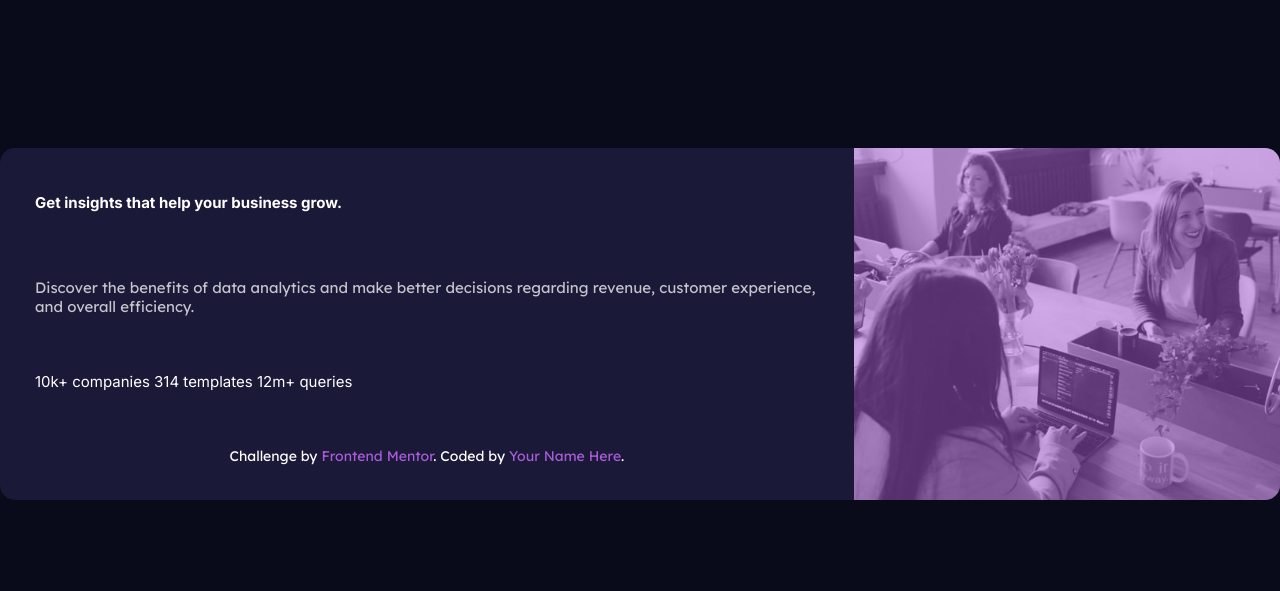
Repository: wasanmsn/Card_Challange
Page: index.html
An editor plug-in stored every save of this project. The page is shown before and after the next save, followed by the edit.
The browser window is 1280 px wide. The pictures show the whole page.

Above is the page before, as saved 2021-07-21 16:24:30.

### index.html
<!DOCTYPE html>
<html lang="en">

<head>
  <meta charset="UTF-8">
  <meta name="viewport" content="width=device-width, initial-scale=1.0">
  <!-- displays site properly based on user's device -->

  <link rel="icon" type="image/png" sizes="32x32" href="./images/favicon-32x32.png">
  <link rel="stylesheet" href="./stylesheet.css">

  <title>Frontend Mentor | Stats preview card component</title>

</head>

<body>
  <div class="container">
    <div class="column1">
      <h1 id="header">
        Get insights that help your business grow.
      </h1>
      <div id="content">
        Discover the benefits of data analytics and make better decisions regarding revenue, customer
        experience, and overall efficiency.
      </div>
      <div id="content2">
        10k+ companies
        314 templates
        12m+ queries
      </div>
      <div class="attribution">
        Challenge by <a href="https://www.frontendmentor.io?ref=challenge" target="_blank">Frontend Mentor</a>.
        Coded by <a href="#">Your Name Here</a>.
      </div>
    </div>
      <div class="column2">
        <image id="img" src="./images/image-header-desktop.jpg">
    </div>
  </div>


</body>

</html>

### stylesheet.css
@import url('https://fonts.googleapis.com/css2?family=Inter:wght@400;700&family=Lexend+Deca&display=swap');

body {
    margin: 0;
    padding: 0;
    background-color: hsl(233, 47%, 7%);

}

.container {
    width: 100%;
    display: flex;
    height: 90vh;
    justify-content: center;
    align-items: center;

}

.column1 {
    -webkit-box-sizing: border-box;
    /* Safari/Chrome, other WebKit */
    -moz-box-sizing: border-box;
    /* Firefox, other Gecko */
    box-sizing: border-box;
    /* Opera/IE 8+ */
    display: flex;
    flex-direction: column;
    justify-content: space-between;
    height: 22rem;

    padding: 35px;
    border-radius: 15px 0 0 15px;
    background-color: hsl(244, 38%, 16%);

}

.column2 {
    -webkit-box-sizing: border-box;
    /* Safari/Chrome, other WebKit */
    -moz-box-sizing: border-box;
    /* Firefox, other Gecko */
    box-sizing: border-box;
    /* Opera/IE 8+ */
    height: 22rem;
    border-radius: 0 15px 15px 0;
    background-color: hsl(277, 64%, 61%);
}

#img {
    opacity: 0.5;
    height: 100%;
    border-radius: 0 15px 15px 0;
}
#header{
    font-size: 15px;
    font-family: 'Inter', sans-serif;
    font-weight: 700;
    color:hsl(0, 0%, 100%) ;
}
#content{
    font-size: 15px;
    font-family: 'Lexend Deca', sans-serif;
    color: hsla(0, 0%, 100%, 0.75);
}
#content2{
    font-size: 15px;
    font-family: 'Inter', sans-serif;
    color: hsl(0, 0%, 100%) ;
}
.attribution {
    font-size: 14px;
    text-align: center;
    font-family: 'Lexend Deca', sans-serif;
    color: hsl(0, 0%, 100%) ;
}
.attribution a {
    text-decoration: none;
    color: hsl(277, 64%, 61%);
  }

After the next save:
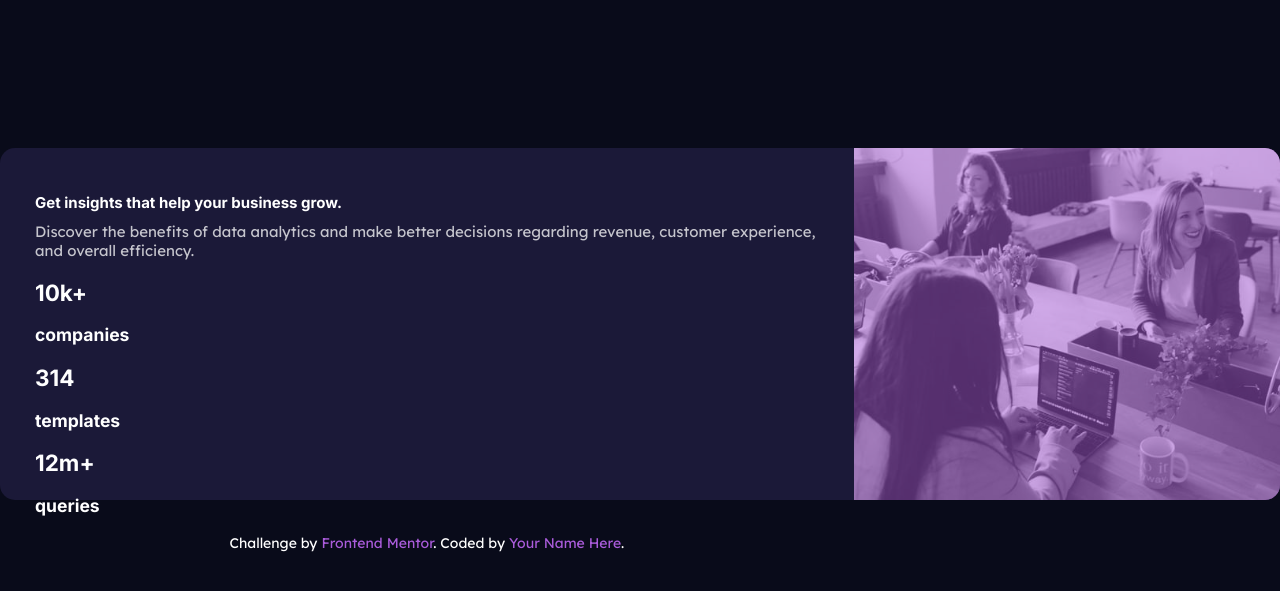
Saved 11 min 39 s later.
--- a/index.html
+++ b/index.html
@@ -24,9 +24,9 @@
         experience, and overall efficiency.
       </div>
       <div id="content2">
-        10k+ companies
-        314 templates
-        12m+ queries
+        <h2>10k+</h2> <h3>companies</h3>
+        <h2>314</h2> <h3>templates</h3>
+        <h2>12m+</h2> <h3>queries</h3>
       </div>
       <div class="attribution">
         Challenge by <a href="https://www.frontendmentor.io?ref=challenge" target="_blank">Frontend Mentor</a>.
